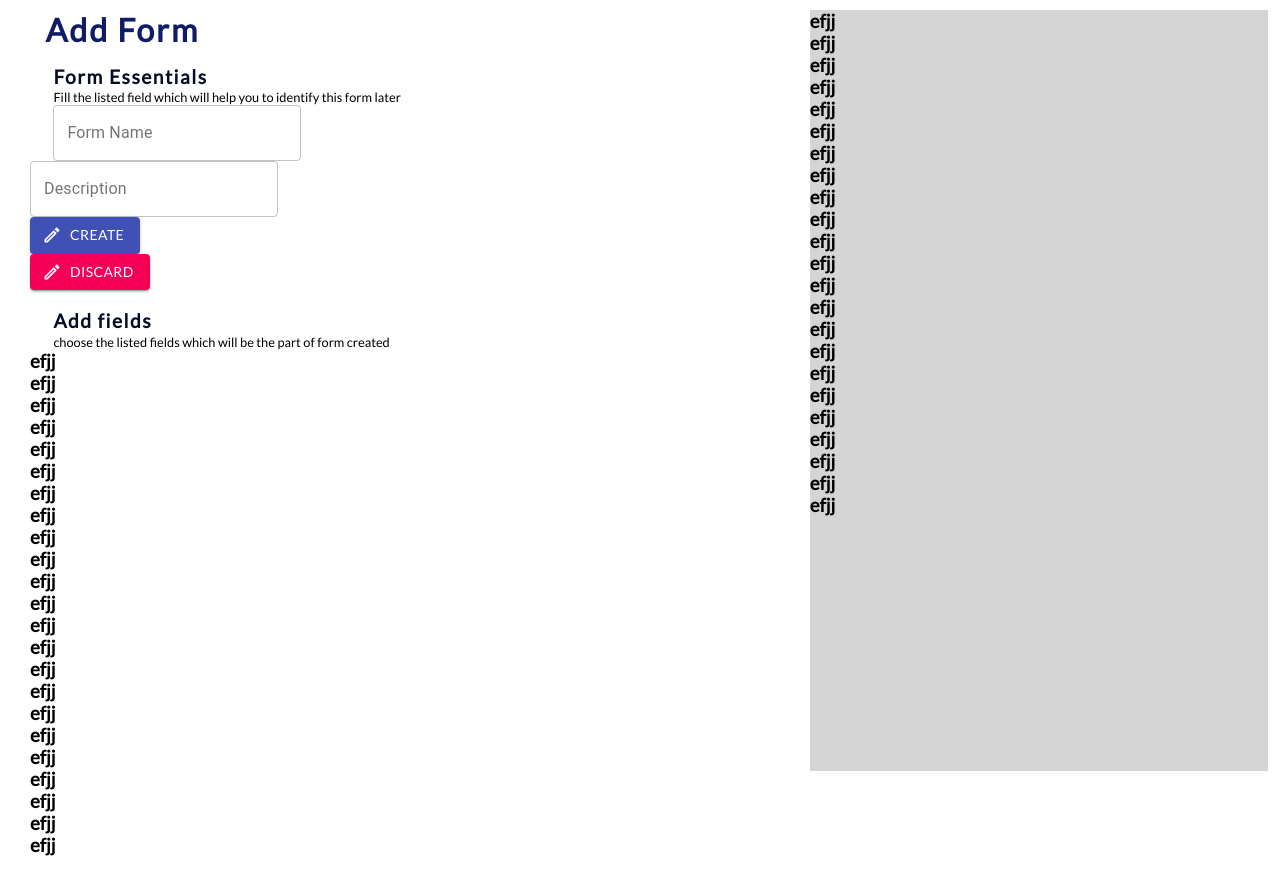
Repository: Architjain128/df
Page: /add
The author's editor kept a copy of each file at every save. The page is drawn from the files as they stood at one save, then again after a run of saves.
The browser window is 1280 px wide. The pictures show the whole page.
The project was rebuilt for these pictures with package versions that can differ from the ones it lists, and the page was loaded fresh each time. Also part of the build but not shown: src/App.css, src/dftable.js, src/dataForm.js.

Above is the page before, as saved 2021-06-25 16:04:56.

After the next 3 saves:
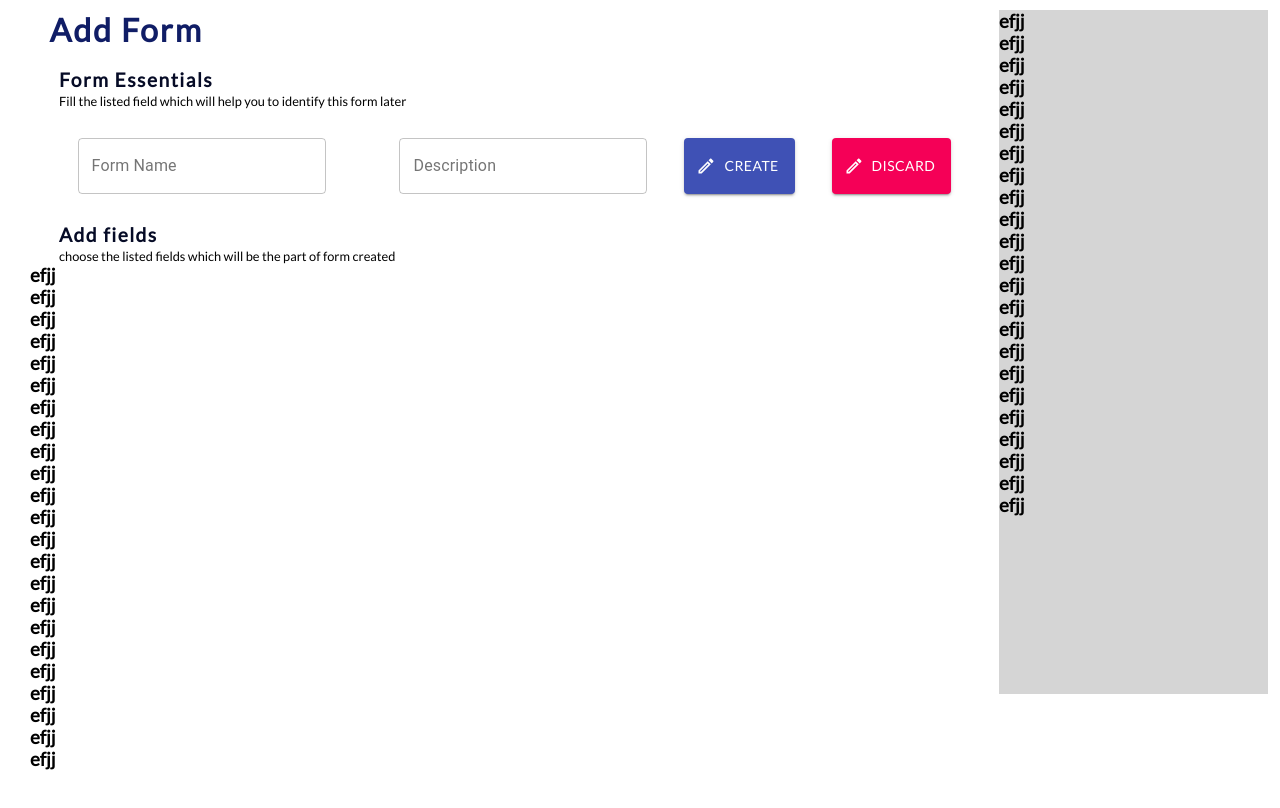
The 3 saves are shown as one change because they came seconds apart.
The last was saved 8 s later.
--- a/src/dataForm.css
+++ b/src/dataForm.css
@@ -95,10 +95,15 @@
 }
 .df-form-ess{
   padding: 3%;
-  display: inline;
+  display: flex;
   justify-content: space-around;
 }
-
+.df-form-ess TextField{
+  flex-grow: 5;
+}
+.df-form-ess Button{
+  flex-grow: 1;
+}
 #outlined-basic{
   font-size: medium;
   width: 100%;
